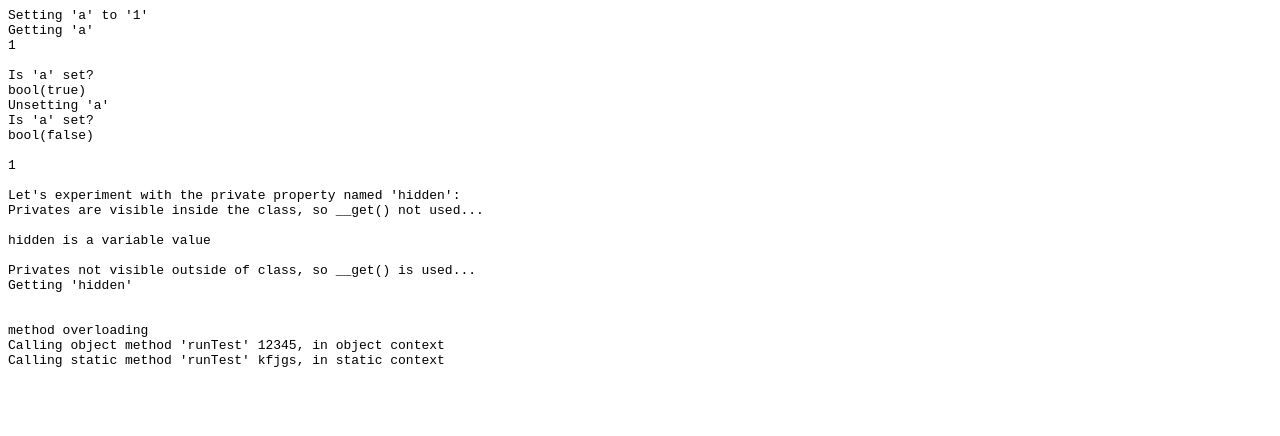
Repository: jyotsna1234/bugappmvc
Page: http://localhost/overloading.php
The author's editor kept a copy of each file at every save. The page is drawn from the files as they stood at one save, then again after the next save.
The browser window is 1280 px wide. The pictures show the whole page.
The page is run by PHP 8.4 with error messages shown; the project is at /var/www/html/.

Above is the page before, as saved 2014-04-09 04:17:53.

### oops_php/overloading.php
<?php

 ini_set('displayerror', 1);

class PropertyTest
{
    /**  Location for overloaded data.  */
    private $data = array();

    /**  Overloading not used on declared properties.  */
    public $declared = 1;

    /**  Overloading only used on this when accessed outside the class.  */
    private $hidden = 'hidden';

    public function __set($name, $value)
    {
        echo "Setting '$name' to '$value'\n";
        $this->data[$name] = $value;
    }

    public function __get($name)
    {
        echo "Getting '$name'\n";
        if (array_key_exists($name, $this->data)) {
            return $this->data[$name];
        }

        return null;
    }

    /**  As of PHP 5.1.0  */
    public function __isset($name)
    {
        echo "Is '$name' set?\n";
        return isset($this->data[$name]);
    }

    /**  As of PHP 5.1.0  */
    public function __unset($name)
    {
        echo "Unsetting '$name'\n";
        unset($this->data[$name]);
    }

    /**  Not a magic method, just here for example.  */
    public function getHidden()
    {
        return $this->hidden;
    }
}

echo "<pre>\n";

$obj = new PropertyTest;

$obj->a = 1;
echo $obj->a . "\n\n";

var_dump(isset($obj->a));
unset($obj->a);
var_dump(isset($obj->a));
echo "\n";

echo $obj->declared . "\n\n";

echo "Let's experiment with the private property named 'hidden':\n";
echo "Privates are visible inside the class, so __get() not used...\n<br>";
echo $obj->getHidden() .  " is a variable value"."\n<br>";
echo "Privates not visible outside of class, so __get() is used...\n";
echo $obj->hidden . "\n\n";

 echo "method overloading\n";


class MethodTest
{
    public function __call($name, $arguments)
    {
        // Note: value of $name is case sensitive.
        echo "Calling object method '$name' "
             . implode(', ', $arguments). "\n";
    }

    /**  As of PHP 5.3.0  */
    public static function __callStatic($name, $arguments)
    {
        // Note: value of $name is case sensitive.
        echo "Calling static method '$name' "
             . implode(', ', $arguments). "\n";
    }
}

$obj = new MethodTest;
$obj->runTest('12345','in object context');

MethodTest::runTest('kfjgs','in static context');  // As of PHP 5.3.0





/*function overloading is not possible but ic an be done through call and call_static
 * class Overloading  {
	var $data;
	var $value;
	public function method1()
	{
	echo "enterd into method";

	}

}
$overload1=new Overloading();

  $overload1->method1();

 $overload1->method1('name','dale');

*/
?>

After the next save:
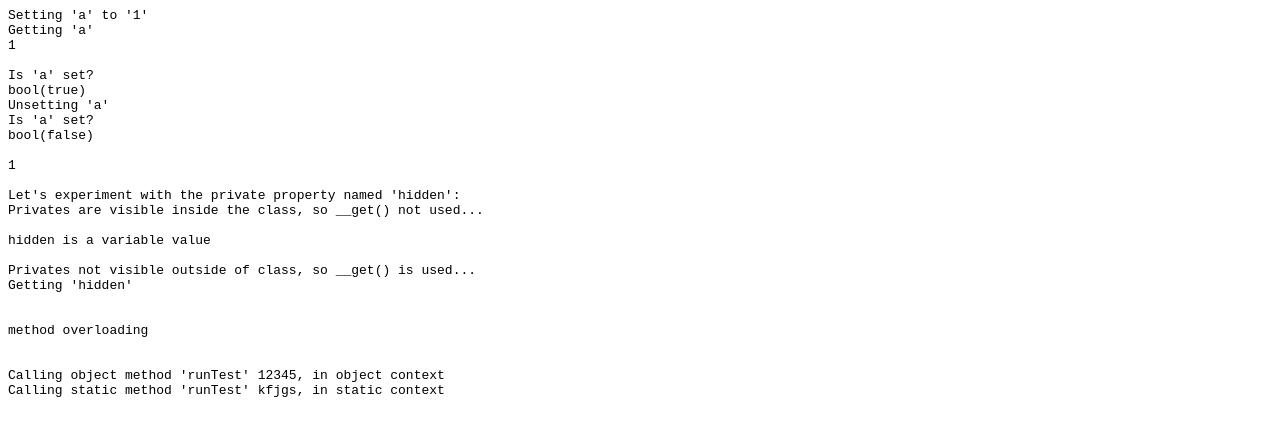
Saved 27 s later.
--- a/oops_php/overloading.php
+++ b/oops_php/overloading.php
@@ -70,7 +70,7 @@ echo $obj->getHidden() .  " is a variable value"."\n<br>";
 echo "Privates not visible outside of class, so __get() is used...\n";
 echo $obj->hidden . "\n\n";
 
- echo "method overloading\n";
+ echo "method overloading\n<br><br>";
 
 
 class MethodTest
